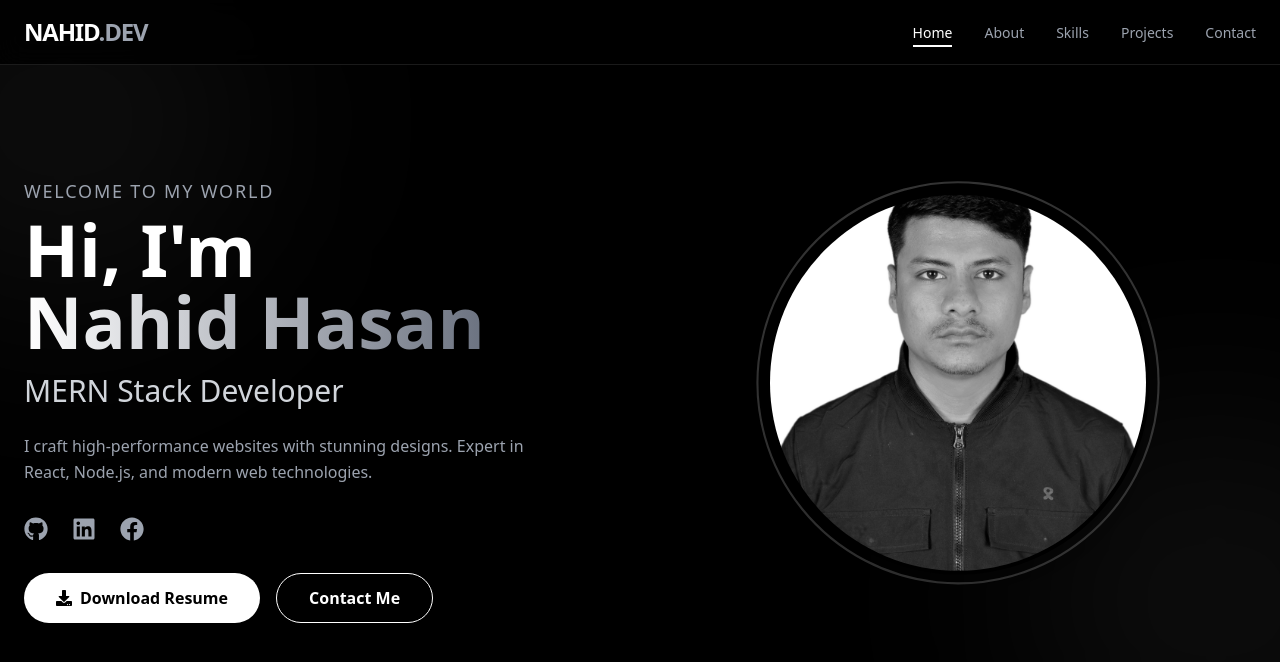
Repository: nahid-hasann/portfolio
Page: /
These files come from the project's save history. The page is drawn as it stood at one moment and after the next save; the edit follows.
The browser window is 1280 px wide. The pictures show the whole page.
The project was rebuilt for these pictures with package versions that can differ from the ones it lists, and the page was loaded fresh each time. Also part of the build but not shown: vite.config.js.

Above is the page before, as saved 2026-01-05 15:09:29.

After the next save:
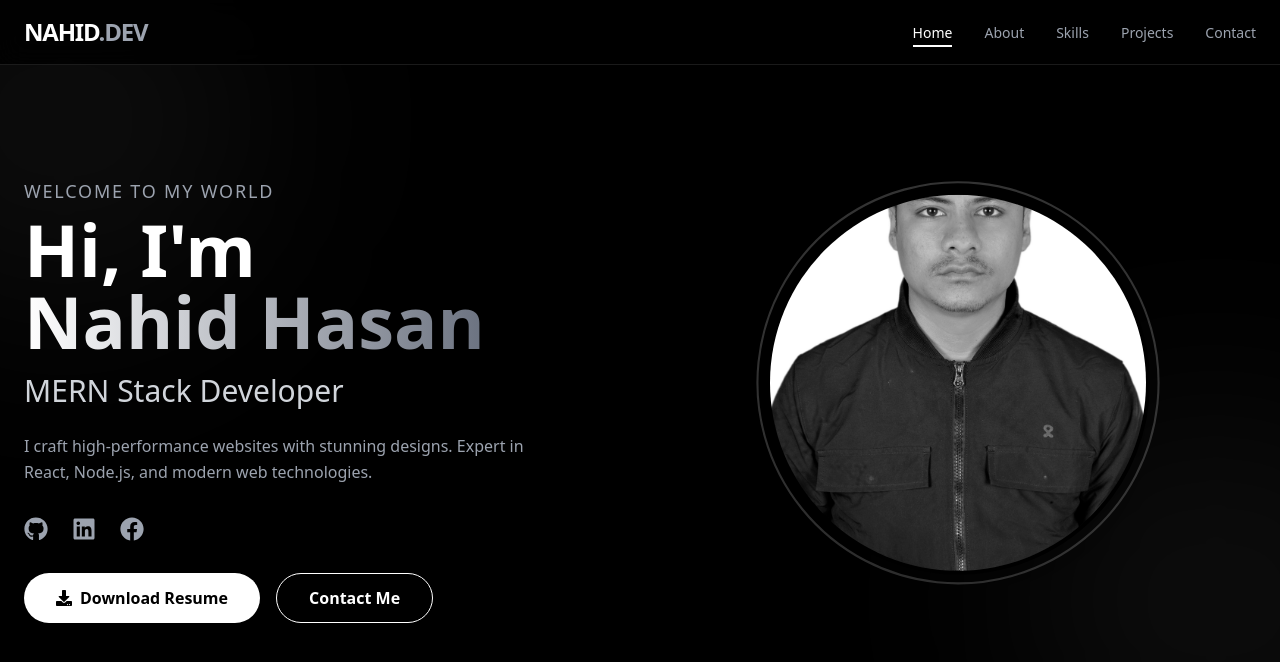
Saved 93 s later.
--- a/src/component/Hero.jsx
+++ b/src/component/Hero.jsx
@@ -102,7 +102,7 @@ const Hero = () => {
                         <img
                             src="/public/193213-.jpg"
                             alt="Nahid Profile"
-                            className="w-full h-full object-cover rounded-full shadow-2xl border-4 border-black grayscale hover:grayscale-0 transition duration-500"
+                            className="w-full object-bottom h-full object-cover rounded-full shadow-2xl border-4 border-black grayscale hover:grayscale-0 transition duration-500"
                         />
                     </motion.div>
                 </motion.div>
